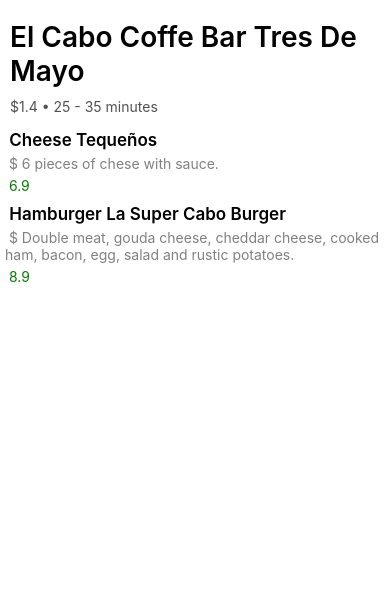
Repository: leroy-netizen/rn-uber-eats-client
Screen: /
An editor plug-in stored every save of this project. The screen is shown before and after the next save, followed by the edit.
The pictures show rows 234 to 844 of an output 844 px tall.
The app was drawn by React Native's web renderer in a window 390 px wide. The project was rebuilt for these pictures with package versions that can differ from the ones it lists, and the page was loaded fresh each time. Also part of the build but not shown: src/components/restaurantItem/RestaurantItem.jsx, src/screens/HomeScreen/index.js.

Above is the screen before, as saved 2023-01-16 16:39:20.

### App.js
import { StatusBar } from "expo-status-bar";
import { StyleSheet, Text, View, FlatList } from "react-native";
import HomeScreen from "./src/screens/HomeScreen/index.js";
import RestaurantDetails from "./src/screens/ResturantDetailsScreen/index.js";
export default function App() {
  return (
    <View style={styles.container}>
      {/* <HomeScreen /> */}
      <RestaurantDetails />
      <StatusBar style="light" />
    </View>
  );
}

const styles = StyleSheet.create({
  container: {
    flex: 1,
    backgroundColor: "#fff",
    alignItems: "center",
    justifyContent: "center",
    // padding: 10,
    // paddingVertical: 30,
  },
});

### src/screens/ResturantDetailsScreen/index.js
import { View, Text, Image, StyleSheet, FlatList } from "react-native";
import { Ionicons } from "@expo/vector-icons";
import restaurants from "../../../assets/data/restaurants.json";
import DishListItem from "../../components/DishListItem";
const restaurant = restaurants[0];
const RestaurantDetails = () => {
  return (
    <View style={styles.page}>
      <Image
        source={{ uri: restaurant.image }}
        style={styles.image}
        resizeMode="cover"
      />
      <View style={styles.iconContainer}>
        <Ionicons name="arrow-back-circle" size={35} color="white" />
      </View>
      <View style={styles.container}>
        <Text style={styles.title}>{restaurant.name}</Text>
        <Text style={styles.subtitle}>
          ${restaurant.deliveryFee} &#8226; {restaurant.minDeliveryTime} -{" "}
          {restaurant.maxDeliveryTime} minutes
        </Text>
          </View>
          <DishListItem dish={ restaurant.dishes[0]} />
          <DishListItem dish={ restaurant.dishes[1]} />
    </View>
  );
};

const styles = StyleSheet.create({
  page: {
    flex: 1,
  },
  image: {
    width: "100%",
    aspectRatio: 5 / 3,
  },
  iconContainer: {
    position: "absolute",
    top: 35,
    left: 15,
  },
  container: {
    margin: 10,
  },
  title: {
    fontWeight: "600",
    fontSize: 28,
    marginVertical: 10,
  },
  subtitle: {
    color: "#525252",
  },
});

export default RestaurantDetails;

### assets/data/restaurants.json
[
  {
    "id": "1",
    "name": "El Cabo Coffe Bar Tres De Mayo",
    "deliveryFee": 1.4,
    "minDeliveryTime": 25,
    "maxDeliveryTime": 35,
    "rating": 4.0,
    "image": "https://notjustdev-dummy.s3.us-east-2.amazonaws.com/uber-eats/restaurant1.jpeg",
    "dishes": [
      {
        "name": "Cheese Tequeños",
        "description": "6 pieces of chese with sauce.",
        "price": 6.9,
        "image": "https://notjustdev-dummy.s3.us-east-2.amazonaws.com/uber-eats/restaurant2.jpeg"
      },
      {
        "name": "Hamburger La Super Cabo Burger",
        "description": "Double meat, gouda cheese, cheddar cheese, cooked ham, bacon, egg, salad and rustic potatoes.",
        "price": 8.9,
        "image": "https://notjustdev-dummy.s3.us-east-2.amazonaws.com/uber-eats/restaurant3.jpeg"
      },
      {
        "name": "U.S.A. Burger",
        "description": "Beef, gouda cheese, cheddar cheese, cooked ham, bacon, egg and salad.",
        "price": 5.4
      },
      {
        "name": "Slices of Llanero Cheese",
        "description": "Ripe plantain with cheese and palm honey.",
        "price": 5.9
      },
      {
        "name": "Papas Locas El Cabo",
        "description": "French fries with shredded chicken, gouda cheese and ham.",
        "price": 7.9
      }
    ]
  },
  {
    "id": "2",
    "name": "Tony Roma's - C.C. Meridiano",
    "deliveryFee": 0.4,
    "minDeliveryTime": 25,
    "maxDeliveryTime": 35,
    "rating": 4.7,
    "image": "https://notjustdev-dummy.s3.us-east-2.amazonaws.com/uber-eats/restaurant2.jpeg",
    "dishes": [
      {
        "name": "Cajun Ribs",
        "description": "For lovers of a spicy touch. Ribs bathed in our Original sauce accompanied by Cajun spices. Served with French fries and coleslaw.",
        "price": 18.95
      },
      {
        "name": "The Original Baby Backs",
        "description": "The house specialty. Pork ribs cooked on the barbecue and marinated with our original barbecue sauce. Served with French fries and coleslaw.",
        "price": 19.95
      },
      {
        "name": "Carolina Honey",
        "description": "Our famous ribs marinated with our Carolina honey sauce, a mixture of honey with our original sauce. Ideal for those looking for a sweet touch. Served with French fries and coleslaw.",
        "price": 18.95,
        "image": "https://notjustdev-dummy.s3.us-east-2.amazonaws.com/uber-eats/restaurant2.jpeg"
      },
      {
        "name": "Onion Rings",
        "description": "Los tradicionales aros de cebolla de tony roma's dorados, crujientes y ligeros. Únicos en el mundo, acompañados de salsa BBQ.",
        "price": 6.95
      },
      {
        "name": "Nachos Tony Roma's",
        "description": "The best selling nachos! with our blend of melted cheeses, accompanied by guacamole, crispy bacon, ranch beans, and sour cream.",
        "price": 10.95
      }
    ]
  },
  {
    "id": "3",
    "name": "Brothers Barbecue",
    "deliveryFee": 1.4,
    "minDeliveryTime": 20,
    "maxDeliveryTime": 30,
    "rating": 4.3,
    "image": "https://notjustdev-dummy.s3.us-east-2.amazonaws.com/uber-eats/restaurant3.jpeg",
    "dishes": [
      {
        "name": "Burger Mustang",
        "description": "Homemade bread, burger sauce, lettuce, sweet and sour pickle, bacon, cheddar and BBQ sauce. Beef 180 grams.",
        "price": 5.9
      },
      {
        "name": "Alabama bread",
        "description": "Artisan bread, butter sauce, garlic, BBQ chicken and cheddar.",
        "price": 3.0
      },
      {
        "name": "New York Burger",
        "description": "Homemade bread, lettuce, burger sauce, 180 grams of beef, goat cheese and roasted apple.",
        "price": 5.9
      },
      {
        "name": "Mac & Cheese Burger",
        "description": "Homemade bread, lettuce, burger sauce, 180 grams of beef, mac and cheese, and American-style bacon.",
        "price": 5.9
      },
      {
        "name": "Nachos Brothers",
        "description": "Nachos, guacamole, cheddar sauce, beans, bacon, and cream cheese.",
        "price": 5.2
      }
    ]
  },
  {
    "id": "4",
    "name": "Hamburguesa Nostra La Salle",
    "deliveryFee": 0.9,
    "minDeliveryTime": 30,
    "maxDeliveryTime": 40,
    "rating": 4.5,
    "image": "https://notjustdev-dummy.s3.us-east-2.amazonaws.com/uber-eats/restaurant4.jpeg",
    "dishes": [
      {
        "name": "English burger",
        "description": "Beef with bacon, portobello mushrooms, tomato, cheddar cheese, grilled egg and our smoked sauce.",
        "price": 14.9
      },
      {
        "name": "Mexican Burger",
        "description": "Beef, with pico de gallo, veggie chili, cheddar cheese, guacamole and smoked sauce.",
        "price": 14.9
      },
      {
        "name": "Tequeños",
        "description": "Crispy sticks filled with melted cheese accompanied by tomato chutney.",
        "price": 9.9
      },
      {
        "name": "Starters Combo",
        "description": "Tequeños, crispy onion and chicken delicacies.",
        "price": 13.9
      },
      {
        "name": "Cesar Salad",
        "description": "Green sprouts, pieces of grilled bacon, chicken delicacies, grated Parmesan, muffin croutons and fried onion confetti dressed with Caesar sauce.",
        "price": 10.5
      }
    ]
  }
]

### src/components/DishListItem/index.js
import { View, Image, Text, FlatList, StyleSheet } from "react-native";

const DishListItem = ({ dish }) => {
  return (
    <View style={styles.container}>
      <Text style={styles.name}> {dish.name}</Text>
      <Text style={styles.description}> $ {dish.description}</Text>
      <Text style={styles.price}> {dish.price}</Text>
    </View>
  );
};

const styles = StyleSheet.create({
  container: {
    margin: 5,
  },
  name: {
    fontSize: 17,
    fontWeight: "600",
  },
  price: {
    color: "green",
  },
  description: {
      color: "gray",
      marginVertical: 5
  },
});
export default DishListItem;

After the next save:
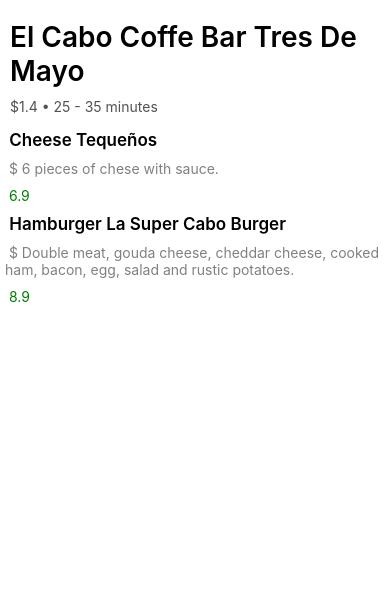
Saved 5 s later.
--- a/src/components/DishListItem/index.js
+++ b/src/components/DishListItem/index.js
@@ -23,7 +23,7 @@
   },
   description: {
       color: "gray",
-      marginVertical: 5
+      marginVertical: 10
   },
 });
 export default DishListItem;

After the save that followed:
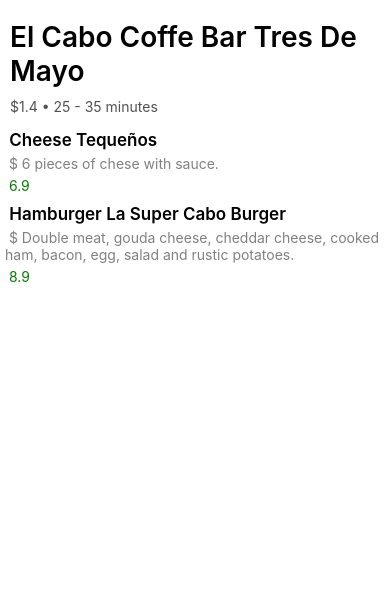
Saved 6 s later.
--- a/src/components/DishListItem/index.js
+++ b/src/components/DishListItem/index.js
@@ -23,7 +23,7 @@
   },
   description: {
       color: "gray",
-      marginVertical: 10
+      marginVertical: 5
   },
 });
 export default DishListItem;
